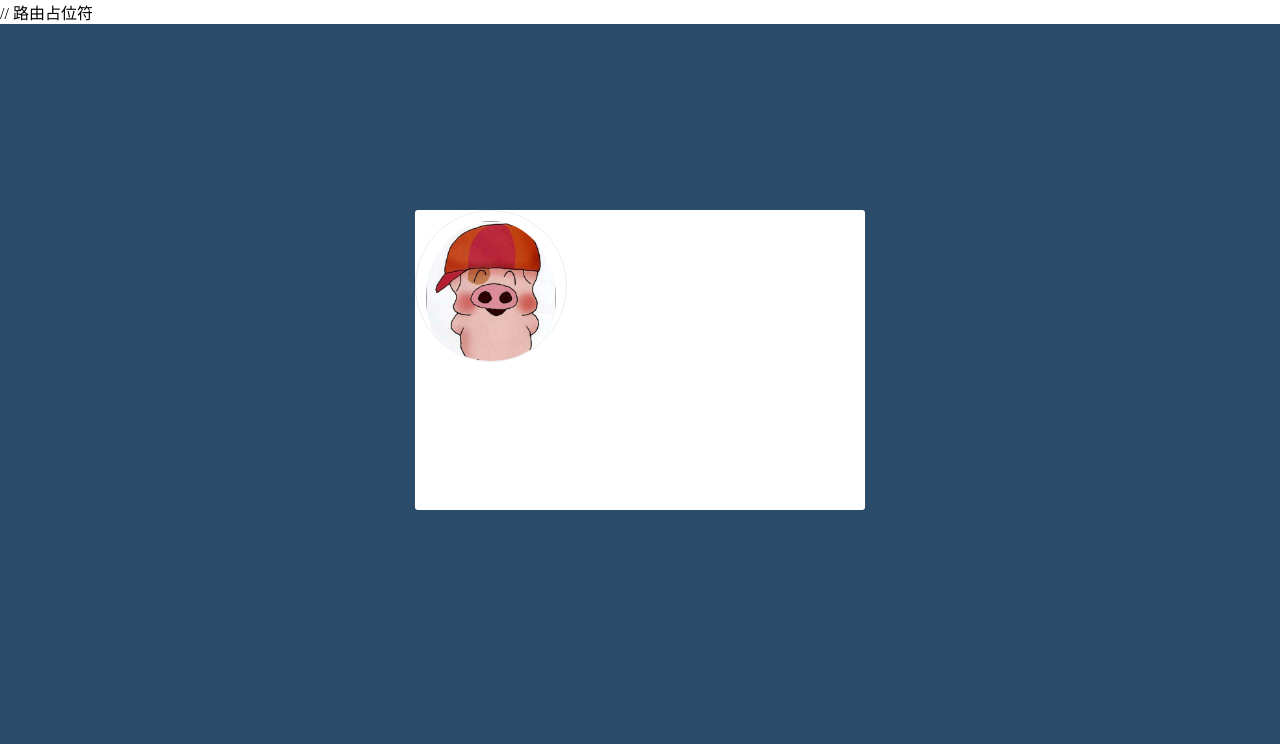
Repository: Japcy/onetwothree
Page: /
The author's editor kept a copy of each file at every save. The page is drawn from the files as they stood at one save, then again after the next save.
The browser window is 1280 px wide. The pictures show the whole page.
The project was rebuilt for these pictures with package versions that can differ from the ones it lists, and the page was loaded fresh each time.

Above is the page before, as saved 2020-02-28 23:43:11.

### src/main.js
import Vue from 'vue'
import App from './App.vue'
import router from './router'
import './plugins/element.js'
// 导入全局样式表
import './assets/css/global.css'

Vue.config.productionTip = false

new Vue({
  router,
  render: h => h(App)
}).$mount('#app')

### src/App.vue
<template>
  <div id="app">
    // 路由占位符
    <router-view></router-view>
  </div>
</template>

<script>

export default {
  name: 'app',
  components: {
  }
}
</script>

<style>

</style>

### src/router/index.js
import Vue from 'vue'
import VueRouter from 'vue-router'
import Login from '../components/Login.vue'

Vue.use(VueRouter)

const routes = [
  {
    path: '/',
    redirect: '/login'
  },
  {
    path: '/login',
    component: Login
  }
]

const router = new VueRouter({
  routes
})

export default router

### src/components/Login.vue
<template>
  <div class="login">
    <div class="login-box">
      <div class="avatar">
        <img src="../assets/img/logo.jpg" alt />
      </div>
    </div>
  </div>
</template>

<script type="text/ecmascript-6">
export default {
  name: 'login',
  data () {
    return {}
  },
  components: {},
  methods: {}
}
</script>

<style lang="less" scoped>
.login {
  background-color: #2b4b6b;
  height: 100%;
}
.login-box {
  width: 450px;
  height: 300px;
  background-color: #fff;
  border-radius: 3px;
  position: absolute;
  left: 50%;
  top: 50%;
  transform: translate(-50%, -50%);

  .avatar {
    width: 130px;
    height: 130px;
    padding: 10px;
    border: 1px solid #eee;
    border-radius: 50%;
    overflow: hidden;
    img {
      width: 100%;
      height: auto;
      border-radius: 50%;
    }
  }
}
</style>

Loaded but not shown: public/index.html (common file); src/plugins/element.js (common file); src/assets/css/global.css (common file)

After the next save:
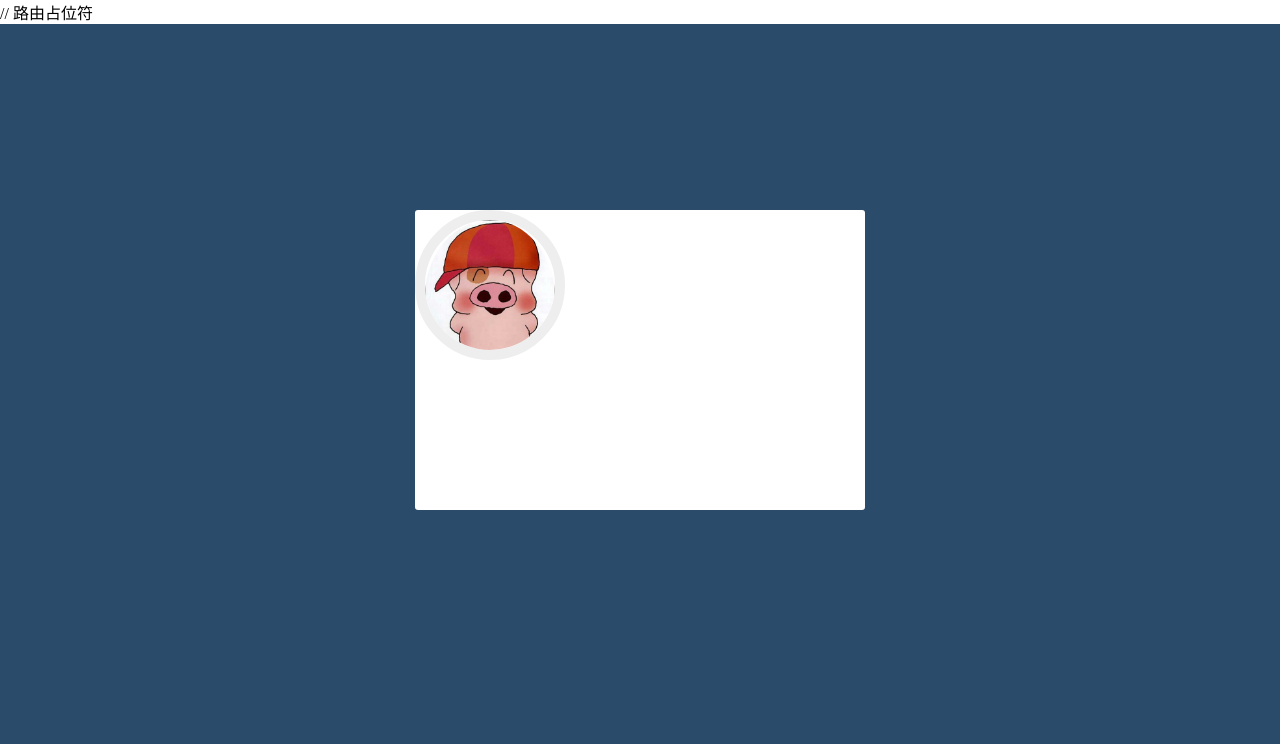
Saved 91 s later.
--- a/src/components/Login.vue
+++ b/src/components/Login.vue
@@ -37,8 +37,7 @@ export default {
   .avatar {
     width: 130px;
     height: 130px;
-    padding: 10px;
-    border: 1px solid #eee;
+    border: 10px solid #eee;
     border-radius: 50%;
     overflow: hidden;
     img {
